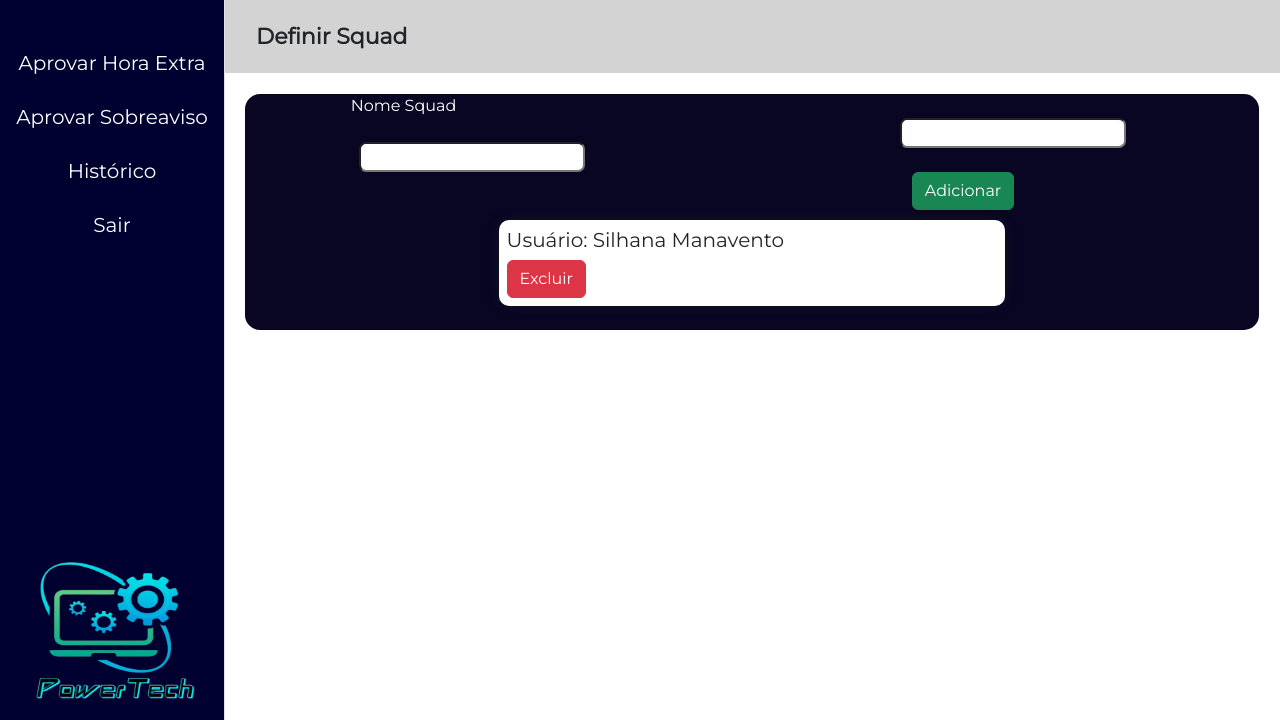
Repository: PowerTech-Fatec/API-2RP-NET
Page: /adm/squad (app in Sprint 3/2rp-web/)
The author's editor kept a copy of each file at every save. The page is drawn from the files as they stood at one save, then again after the next save.
The browser window is 1280 px wide. The pictures show the whole page.
The project was rebuilt for these pictures with package versions that can differ from the ones it lists, and the page was loaded fresh each time. Also part of the build but not shown: Sprint 3/2rp-web/src/pages/login/login.js, Sprint 3/2rp-web/src/pages/home/dashboard.js, Sprint 3/2rp-web/src/pages/home/sobreaviso/sobreaviso.css, Sprint 3/2rp-web/src/pages/home/sobreaviso/sobreaviso.js, Sprint 3/2rp-web/src/pages/home/hora-extra/hora-extra.css, Sprint 3/2rp-web/src/pages/home/hora-extra/hora-extra.js, Sprint 3/2rp-web/src/components/cards/Cards.js, Sprint 3/2rp-web/src/pages/home/gestor/aprovar-hora-extra/gestor.js and 3 more.

Above is the page before, as saved 2022-11-02 16:53:01.

### Sprint 3/2rp-web/src/index.js
import React from 'react';
import ReactDOM from 'react-dom/client';
import './index.css';
import App from './App';
import reportWebVitals from './reportWebVitals';
import { BrowserRouter } from 'react-router-dom';
import 'bootstrap/dist/css/bootstrap.min.css';
import 'bootstrap-icons/font/bootstrap-icons.css';

import Popper from '@popperjs/core';
import 'bootstrap/dist/js/bootstrap.bundle.min';

const root = ReactDOM.createRoot(document.getElementById('root'));
root.render(
  <BrowserRouter>
    <App />
  </BrowserRouter>
);

// If you want to start measuring performance in your app, pass a function
// to log results (for example: reportWebVitals(console.log))
// or send to an analytics endpoint. Learn more: https://bit.ly/CRA-vitals
reportWebVitals();

### Sprint 3/2rp-web/src/App.js
import React from 'react'
import './App.css';
import { Routes, Route } from 'react-router-dom'
import Login from './pages/login/login'
import Dashboard from './pages/home/dashboard'
import Sobreaviso from './pages/home/sobreaviso/sobreaviso'
import HoraExtra from './pages/home/hora-extra/hora-extra'
import Gestor from './pages/home/gestor/aprovar-hora-extra/gestor'
import GestorSobreaviso from './pages/home/gestor/aprovar-sobreaviso/gestor-sobreaviso'
import GestorHistorico from './pages/home/gestor/historico/gestor-historico'
import Squad from './pages/home/adm/squad/def-squad'

function App() {
  return (
    <Routes>
      <Route path='/login' element={<Login />} />
      <Route path='/dashboard' element={<Dashboard />} />
      <Route path='/horaextra' element={<HoraExtra />} />
      <Route path='/sobreaviso' element={<Sobreaviso />} />
      <Route path='/gestor' element={<Gestor />} />
      <Route path='/gestor-sobreaviso' element={<GestorSobreaviso />} />
      <Route path='/gestor-historico' element={<GestorHistorico />} />
      <Route path='/adm/squad' element={<Squad />} />
      <Route path='*' element={<Login />} />
    </Routes>

  );
}

export default App;

### Sprint 3/2rp-web/src/App.css
@font-face {
    font-family: 'Montserrat';
    src: url(./assets/fonts/Montserrat-Regular.ttf);
}

*{
    font-family: 'Montserrat';
}

.ml-1{margin-left: 0.25rem;}
.ml-2{margin-left: 0.5rem;}
.ml-3{margin-left: 0.75rem;}
.ml-4{margin-left: 1rem;}
.ml-5{margin-left: 1.25rem;}

### Sprint 3/2rp-web/src/pages/home/adm/squad/def-squad.js
import Sidebar from "../../../../components/sidebar"
import Header from "../../../../components/header/header";
import Card from "../../../../components/cards/Squad"
import './def-squad.css'

import React, { Component, useEffect, useState } from 'react';


function Squad() {
    return (
        <Sidebar>
          <Header nome="Definir Squad"></Header>

          {/* linha 1: solitações, filtro */}
          <div className="background d-flex flex-column aling-itens-center">

            <div>
            <div className="d-flex justify-content-around">
            <div className="col-4">
            <span>
            <label className="font">Nome Squad</label> <input className="squad-name mt-4 mb-4 ml-2"></input>
            </span>
            </div>




            <div className="col-3">
            <span>
            <input className="squad-name mt-4 mb-4"></input><button type="button" class="btn btn-success ml-3">Adicionar</button>
            </span>
            </div>

            </div>


            {/* card info hora extra */}
            <div className="d-flex flex-column aling-itens-center">
            <Card
              Usuario = " Silhana Manavento"
            />

            </div>


            </div>

          </div>
        </Sidebar>
    )
}

export default Squad

### Sprint 3/2rp-web/src/pages/login/login.css
.login{
    background: #090d23
    ;
}
.fundo{
    background-color: #090d23;
    width: 300px;
    height: 50px;
    color: #fff;
}
.fundoback{
    background-color: #262d28;
}
.fundocolor{
    background-color: #090d23;
}
.background{
    background-color: #9A9696;
}
.height{
    height: 100vh;

}
.tpm{
    margin-top: 150px;
}
.input{
    width: 350px;
    height: 40px;
}
.marg{
    margin-top: 100px;
    margin-left: 180px;
}
.svg{
    margin-top: 3px;
}

### Sprint 3/2rp-web/src/components/sidebar.js
import { Drawer, useTheme } from '@mui/material'
import { Box } from '@mui/system'
import './Sidebar.css'
import { Link } from 'react-router-dom'

import React from 'react'

function Sidebar({ children }) {
    const theme = useTheme();




    return (
        <>

            <Drawer variant='permanent'>
                <Box width={theme.spacing(28)} height={theme.spacing(100)} className ='side-bar  '>
                     <div className='texto mt-5'>

                                {/* <Link to='/dashboard' className ='side-links mt-4'>
                                    Dashboard
                                </Link>
                                <Link to='/horaextra' className ='side-links mt-4'>
                                    Apontar Hora Extra
                                </Link>
                                <Link to='/sobreaviso' className ='side-links mt-4' >
                                    Apontar Sobreaviso
                                </Link> */}

                                {/* Associar a lista de link */}
                                {/* <Link to='/gestor-dashboard' className ='side-links mt-4' >
                                    Dashboard
                                </Link> */}
                                <Link to='/gestor' className ='side-links mt-4' >
                                        Aprovar Hora Extra
                                </Link>
                                <Link to='/gestor-sobreaviso' className ='side-links mt-4' >
                                    Aprovar Sobreaviso
                                </Link>
                                <Link to='/gestor-historico' className ='side-links mt-4' >
                                    Histórico
                                </Link>


                                <Link to='/login' className ='side-links mt-4' >
                                    Sair
                                </Link>

                    </div>
                    <div className='footer'>
                        <img src={require('../assets/powertech.png')} height='140px' width='160px' />
                    </div>
                </Box>
            </Drawer>

            <Box height="100vh" marginLeft={theme.spacing(28)}>
                {children}
            </Box>
        </>
    );
}

export default Sidebar

### Sprint 3/2rp-web/src/components/header/header.js
import './header.css'

import React from 'react'

function Header(props) {

    return (
        <>
            <div className='bg-title'>
                <span className='title'>{props.nome}</span>
            </div>
        </>
    );
}

export default Header

### Sprint 3/2rp-web/src/pages/home/gestor/aprovar-hora-extra/gestor.css
.background{
    margin-top: 2%;
    margin-left: 2%;
    margin-right: 2%;
    border-radius: 15px;

    background-color: #080622;
}

/* .filtro{
    width: 20%;
} */

/* /* .soli{
    margin-left: 15%;
} */

.filtroLabel{
    margin-left: 37%;
} */

.font{
    color: white;
}

### Sprint 3/2rp-web/src/pages/home/gestor/aprovar-sobreaviso/gestor-sobreaviso.css
.background{
    margin-top: 2%;
    margin-left: 2%;
    margin-right: 2%;
    border-radius: 15px;

    background-color: #080622;
}

.filtro{
    width: 20%;
}

.soli{
    margin-left: 15%;
}

.filtroLabel{
    margin-left: 37%;
}

.font{
    color: white;
}

### Sprint 3/2rp-web/src/pages/home/gestor/historico/gestor-historico.css
.background{
    margin-top: 2%;
    margin-left: 2%;
    margin-right: 2%;
    border-radius:   15px;

    background-color: #080622;
}

.filtro{
    width: 20%;
}

.soli{
    margin-left: 15%;
}

.filtroLabel{
    margin-left: 37%;
}

.font{
    color: white;
}

### Sprint 3/2rp-web/src/components/cards/Squad.js
import React from "react";
import './Squad.css'

function Card(props) {
    return(
        <div className="card-container mb-4 col-6 offset-3">
            <div className="card-content">

            <div className="card-title ml-2 mt-2">
                <span>
                <h5>Usuário: {props.Usuario}</h5>
                <button type="button" class="btn btn-danger mb-2">Excluir</button>
                </span>
            </div>

            </div>

        </div>
    )
}

export default Card

### Sprint 3/2rp-web/src/pages/home/adm/squad/def-squad.css
.background{
    margin-top: 2%;
    margin-left: 2%;
    margin-right: 2%;
    border-radius: 15px;

    background-color: #080622;
}

.filtro{
    width: 20%;
}

/* .soli{
    margin-left: 15%;
} */

/* .filtroLabel{
    margin-left: 37%;
} */

.font{
    color: white;
}

.squad-name{
    border-radius: 7px;
}

### Sprint 3/2rp-web/src/components/Sidebar.css
.side-links {
    color: #fff;
    text-decoration: none;
    font-size: 20px;
    display: flex;
    justify-content: center;
}

.side-bar {
    background-color: #000030;
}

.footer{
    margin-bottom: 20px;
    margin-left: 35px;
    position: absolute;
    bottom: 0;
}

### Sprint 3/2rp-web/src/components/header/header.css
.bg-title{
    background-color: lightgray;
    padding: 20px 0px;
}

.title{
    font-size: 22px;
    font-weight: bold;
    margin-left: 2rem;
}

### Sprint 3/2rp-web/src/components/cards/Cards.css
.card-container{
    width: 900px;
    overflow: hidden;
    box-shadow: 0px 0px 15px -5px;
    border-radius: 10px;
    /* margin-left: 15%; */
    margin-top: 10px;

    background-color: white;
}

### Sprint 3/2rp-web/src/components/cards/Squad.css
.card-container{
    width: 600px;
    overflow: hidden;
    box-shadow: 0px 0px 15px -5px;
    border-radius: 10px;
    /* margin-left: 15%; */
    margin-top: 10px;

    background-color: white;
}

Loaded but not shown: Sprint 3/2rp-web/public/index.html (common file); Sprint 3/2rp-web/src/index.css (common file); Sprint 3/2rp-web/src/reportWebVitals.js (common file)

After the next save:
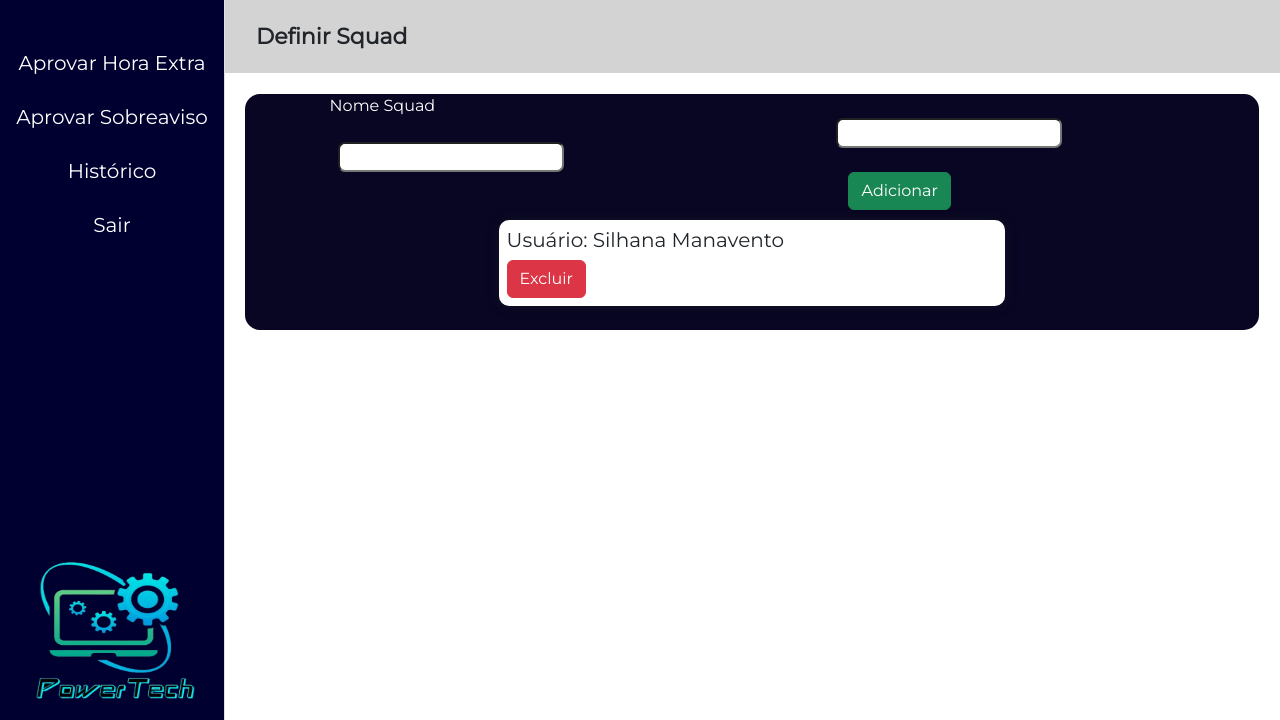
Saved 5 s later.
--- a/Sprint 3/2rp-web/src/pages/home/adm/squad/def-squad.js
+++ b/Sprint 3/2rp-web/src/pages/home/adm/squad/def-squad.js
@@ -25,7 +25,7 @@ function Squad() {
 
 
 
-            <div className="col-3">
+            <div className="col-4">
             <span>
             <input className="squad-name mt-4 mb-4"></input><button type="button" class="btn btn-success ml-3">Adicionar</button>
             </span>
